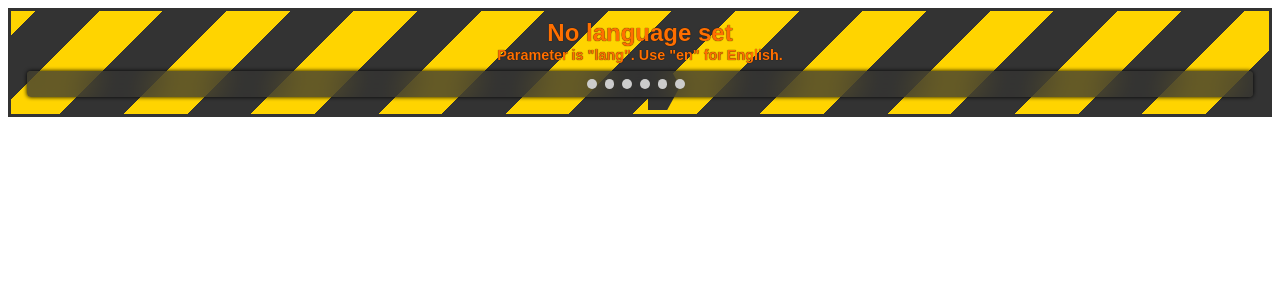
Repository: cirisus/ArknighTimer
Page: timer.html
These files come from the project's save history. The page is drawn as it stood at one moment and after the next save; the edit follows.
The browser window is 1280 px wide. The pictures show the whole page.
Some web fonts or font styles are not loaded; a fallback is used.

Above is the page before, as saved 2024-03-09 14:04:22.

### timer.html
<!DOCTYPE html>
<html>
  <head>
    <meta charset="UTF-8">
    <meta name="description" content="明日方舟同人中文站计时器本体">
    <meta name="keywords" content="arknights,wiki,timer">
    <link rel="stylesheet" href="/ArknighTimer/timer.css">
    <script src="/ArknighTimer/timer.js"></script>
    <title>计时器初始化中……</title>
  </head>

  <body>
    <noscript>This application requires Javascript to function.</noscript>

    <div id="timer">
      <div id="stuff">
      <h2 id="title"></h2>

      <div id="clock">
        <div id="years-div" class="unit">
          <span id="years" class="unit-value"></span>
          <span id="years-label" class="unit-label"></span>
        </div>

        <div id="months-div" class="unit">
          <span id="months" class="unit-value"></span>
          <span id="months-label" class="unit-label"></span>
        </div>

        <div id="days-div" class="unit">
          <span id="days" class="unit-value"></span>
          <span id="days-label" class="unit-label"></span>
        </div>

        <div id="hours-div" class="unit">
          <span id="hours" class="unit-value"></span>
          <span id="hours-label" class="unit-label"></span>
        </div>

        <div id="minutes-div" class="unit">
          <span id="minutes" class="unit-value"></span>
          <span id="minutes-label" class="unit-label"></span>
        </div>

        <div id="seconds-div" class="unit">
          <span id="seconds" class="unit-value"></span>
          <span id="seconds-label" class="unit-label"></span>
        </div>
        </div>
      </div>
    </div>
  </body>
</html>

### timer.css
@import url('https://fonts.googleapis.com/css2?family=Barlow+Condensed:ital,wght@0,100;0,200;0,300;0,400;0,500;0,600;0,700;0,800;0,900;1,100;1,200;1,300;1,400;1,500;1,600;1,700;1,800;1,900&display=swap');
@font-face {
  font-family: Glow Sans SC_Condensed;
  src: url(https://cdn.jsdelivr.net/gh/cirisus/ArknighTimer/GlowSans/GlowSansSC-Condensed-Medium.woff2);
  font-weight: normal;
  font-style: normal;
}
:root {
  --secondary-accent: 255, 212, 0;
  --scale-2: 51,51,51;
}
body {
  font-family: 'Glow Sans SC_Condensed',Arial, sans-serif;
  text-shadow: 0 0 1px black;
}
#timer {
  display: grid;
  grid-auto-columns: 1fr;
  grid-auto-rows: 1fr;
  grid-template-columns: 1fr;
  grid-template-rows: min-content 1fr;
  gap: 1px 1px;
  grid-template-areas:
    "title"
    "countdown";

  padding: 0.5rem;
  border: 3px solid rgb(var(--scale-2));
  background: repeating-linear-gradient(-45deg, rgb(var(--scale-2)), rgb(var(--scale-2)) 45px, rgb(var(--secondary-accent)) 0, rgb(var(--secondary-accent)) 90px);
}
#title {
  grid-area: title;
  text-align: center;
  margin-block-start: 0;
  margin-block-end: 0;
}
h2#title:after {
  content: '';
  height: 47px;
  width: 2rem;
  position: absolute;
  transform: translateX(8px);
  background: #333;
  -webkit-clip-path: polygon(60% 0, 100% 50%, 60% 100%, 0 100%, 0 0);
  clip-path: polygon(60% 0, 100% 50%, 60% 100%, 0 100%, 0 0);
}

#clock {
  display: flex;
  justify-content: center;
  align-items: center;
  grid-area: countdown;
  color: #f3f2ec;
  background-color: rgb(var(--scale-2),.75);
  -webkit-backdrop-filter: blur(1rem);
  backdrop-filter: blur(1rem);
  text-align: center;
  border-radius: 0.25em;
  margin: .5em;
  box-shadow: 0 0 4px black
}

.unit {
  display: inline-flex;
  margin: 0.5em 0;
  justify-content: center;
  align-items: center;
}

.unit-value {
  font-family: "Barlow Condensed", sans-serif;
  font-size: 2em;
  color: #333;
  background-color: #ccc;
  border-radius: 0.25em;
  padding: 0.15em;
}

.unit-label {
  font-size: 1.5em;
  padding: 0 .25rem;
}

/* Basic utility classes */
.hidden {
  display: none;
}

.error {
  color: rgb(255, 111, 0);
}
.error-secondary {
  font-size: 0.6em;
}
.progress {
  color: #f3f2ec;
  background: rgb(var(--scale-2));
  width: fit-content;
  padding: 0 .5rem;
  margin: auto;
}

.finished {
  color: #fff28e;
}

### timer.js
// Constants
var SECONDS_MS = 1000;
var MINUTES_MS = SECONDS_MS * 60;
var HOURS_MS = MINUTES_MS * 60;
var DAYS_MS = HOURS_MS * 24;

var SECONDS_ENUM = 0;
var MINUTES_ENUM = 1;
var HOURS_ENUM = 2;
var DAYS_ENUM = 3;
var MONTHS_ENUM = 4;
var YEARS_ENUM = 5;

// Initialization errors are only in English unfortunately.
function setError(primary, secondary = null) {
  var titleElement = document.getElementById('title');
  titleElement.classList.add('error');
  titleElement.innerText = primary;

  var clockElement = document.getElementById('clock');
  clockElement.classList.add('hidden');

  if (secondary) {
    var messageElement = document.createElement('div');
    messageElement.classList.add('error-secondary');
    messageElement.innerText = secondary;
    titleElement.appendChild(messageElement);
  }
}

// Localization
function getMessage(language, messageKey) {
  var translations = {
    // English
    'en': {
      'timer-description': 'Timer expiring at',
      'timer-progress': 'This timer will expire in',
      'timer-finished': 'This timer has been expired since',
      'years': 'years',
      'months': 'months',
      'days': 'days',
      'hours': 'hours',
      'minutes': 'minutes',
      'seconds': 'seconds',
    },

    // French
    'fr': {
      'timer-description': 'Fin du compte à rebours à',
      'timer-progress': 'Ce compte à rebours se terminera dans',
      'timer-finished': 'Ce compte à rebous est terminé depuis',
      'years': 'ans',
      'months': 'mois',
      'days': 'jours',
      'hours': 'heures',
      'minutes': 'minutes',
      'seconds': 'secondes',
    },

    // Pig Latin
    'pig': {
      'timer-description': 'Imertay expiringyay atyay',
      'timer-progress': 'Isthay imertay illway expireyay inyay',
      'timer-finished': 'Isthay imertay ashay eenbay expiredyay incesay',
      'years': 'earsyay',
      'months': 'onthsmay',
      'days': 'aysday',
      'hours': 'ourshay',
      'minutes': 'inutesmay',
      'seconds': 'econdssay',
    },

    // Spanish
    'es': {
      'timer-description': 'El temporizador finaliza en',
      'timer-progress': 'El temporizador finalizará en',
      'timer-finished': 'El temporizador ha finalizado desde hace',
      'years': 'años',
      'months': 'meses',
      'days': 'días',
      'hours': 'horas',
      'minutes': 'minutos',
      'seconds': 'segundos',
    },

    // Vietnamese
    'vi': {
      'timer-description': 'Đồng hồ kết thúc vào',
      'timer-progress': 'Đồng hồ sẽ kết thúc trong',
      'timer-finished': 'Đồng hồ này đã kết thúc kể từ',
      'years': 'năm',
      'months': 'tháng',
      'days': 'ngày',
      'hours': 'giờ',
      'minutes': 'phút',
      'seconds': 'giây',
    },

    // Simplified Chinese
    'cn': {
      'timer-description': '此计时器将过期于：',
      'timer-progress': '此计时器将过期于：',
      'timer-finished': '此计时器已过期：',
      'years': '年',
      'months': '月',
      'days': '日',
      'hours': '时',
      'minutes': '分',
      'seconds': '秒',
    },
  };

  // Special case:
  // The 'test' language just echoes the message key back out.
  if (language === 'test') {
    return messageKey;
  }

  // Get message based on language
  var messages = translations[language];
  if (!messages) {
    setError('暂无此语言的计时器 ' + language);
    return null;
  }

  var message = messages[messageKey];
  if (!message) {
    setError('无效的参数' + messageKey);
    return null;
  }

  return message;
}

function insertCSS(styling) {
  var head = document.head || document.getElementsByTagName('head')[0];
  var style = document.createElement('style');

  style.type = 'text/css';
  style.appendChild(document.createTextNode(styling));
  head.appendChild(style);
}

function getDaysInFebruary(startYear) {
  return (startYear % 4 === 0 && startYear % 100 !== 0)
    || startYear % 400 === 0 ? 29 : 28;
}

function elapsedData(targetTime) {
  var now = new Date();
  var elapsed = now - targetTime;

  if (elapsed >= 0) {
    // Date is in the past
    return {
      elapsed: elapsed,
      finished: true,
      startTime: targetTime,
      endTime: now,
    };
  } else {
    // Date is in the future
    return {
      elapsed: -elapsed,
      finished: false,
      startTime: now,
      endTime: targetTime,
    };
  }
}

// Based on https://stackoverflow.com/a/49201872
// Calculate differences greater than a day.
function dateDiff(startDate, endDate) {
  // Trim sub-day differences to avoid 0.8 days from rounding up.
  var diff = endDate - startDate;
  diff -= Math.floor(diff % DAYS_MS);
  endDate = new Date(startDate.getTime() + diff);

  // Get month data
  var february = getDaysInFebruary(startDate.getFullYear());
  var daysInMonth = [31, february, 31, 30, 31, 30, 31, 31, 30, 31, 30, 31];

  var yearDiff = endDate.getFullYear() - startDate.getFullYear();
  var monthDiff = endDate.getMonth() - startDate.getMonth();
  if (monthDiff < 0) {
    yearDiff--;
    monthDiff += 12;
  }

  var dayDiff = endDate.getDate() - startDate.getDate();
  if (dayDiff < 0) {
    if (monthDiff > 0) {
      monthDiff--;
    } else {
      yearDiff--;
      monthDiff = 11;
    }

    dayDiff += daysInMonth[startDate.getMonth()];
  }

  return {
    years: yearDiff,
    months: monthDiff,
    days: dayDiff,
  };
}

// Calculate difference in time, in all units
function timeRemaining(targetTime) {
  var data = elapsedData(targetTime);

  // Differences > 1 day
  var dateDiffs = dateDiff(data.startTime, data.endTime);
  var years = dateDiffs.years;
  var months = dateDiffs.months;
  var days = dateDiffs.days;

  // Differences < 1 day
  var elapsed = Math.floor(data.elapsed % DAYS_MS);

  var hours = Math.floor(elapsed / HOURS_MS);
  elapsed = Math.floor(elapsed % HOURS_MS);

  var minutes = Math.floor(elapsed / MINUTES_MS);
  elapsed = Math.floor(elapsed % MINUTES_MS);

  var seconds = Math.floor(elapsed / SECONDS_MS);
  elapsed = Math.floor(elapsed % MINUTES_MS);

  // Get highest unit present
  var highest;
  if (years > 0) {
    highest = YEARS_ENUM;
  } else if (months > 0) {
    highest = MONTHS_ENUM;
  } else if (days > 0) {
    highest = DAYS_ENUM;
  } else if (hours > 0) {
    highest = HOURS_ENUM;
  } else if (minutes > 0) {
    highest = MINUTES_ENUM;
  } else {
    highest = SECONDS_ENUM;
  }

  return {
    years: years,
    months: months,
    days: days,
    hours: hours,
    minutes: minutes,
    seconds: seconds,
    finished: data.finished,
    highest: highest,
  };
}

function setTimerField(language, field, value) {
  var visible = value !== null;

  if (visible) {
    document.getElementById(field).innerText = value;
  }

  setTimerFieldVisibility(field, visible);
}

function setTimerFieldVisibility(field, visible) {
  var element = document.getElementById(field + '-div');

  if (visible) {
    element.classList.remove('hidden');
  } else {
    element.classList.add('hidden');
  }
}

function createTimer(language, targetTime, progressMessage, finishedMessage) {
  progressMessage = progressMessage || getMessage(language, 'timer-progress');
  finishedMessage = finishedMessage || getMessage(language, 'timer-finished');

  // Update routine, to invoke every second
  var timerFields = [
    ['years', YEARS_ENUM, 1],
    ['months', MONTHS_ENUM, 1],
    ['days', DAYS_ENUM, 1],
    ['hours', HOURS_ENUM, 2],
    ['minutes', MINUTES_ENUM, 2],
    ['seconds', SECONDS_ENUM, 2],
  ];

  // Initial application of field labels
  for (var i = 0; i < timerFields.length; i++) {
    var field = timerFields[i][0];
    document.getElementById(field + '-label').innerText = getMessage(language, field);
  }

  function updateTimer() {
    var remaining = timeRemaining(targetTime);

    // Set title message
    var titleElement = document.getElementById('title');

    if (remaining.finished) {
      titleElement.innerText = finishedMessage;
      titleElement.classList = ['finished'];
    } else {
      titleElement.innerText = progressMessage;
      titleElement.classList = ['progress'];
    }

    // Set individual timer fields
    for (var i = 0; i < timerFields.length; i++) {
      var field = timerFields[i][0];
      var fieldEnum = timerFields[i][1];
      var padWidth = timerFields[i][2];

      // If the value is to be shown, then display it.
      // Ensure digits are padded to the appropriate width.
      var value = remaining.highest >= fieldEnum
        ? String(remaining[field]).padStart(padWidth, '0')
        : null;

      setTimerField(language, field, value);
    }
  }

  // Set title.
  // Since this is meant to be used as an iframe, setting it every tick is pointless.
  document.title = getMessage(language, 'timer-description') + ' ' + targetTime;

  // Configure timer to run regularly.
  updateTimer();
  setInterval(updateTimer, 1000);
}

function setup() {
  // Get parameters
  var url = new URL(window.location.href);
  var parameters = new URLSearchParams(url.search);
  var language = parameters.get('lang');
  var timestamp = parameters.get('time');
  var progressMessage = parameters.get('progress');
  var finishedMessage = parameters.get('finished');
  var styling = parameters.get('style'); // allows custom CSS to be injected

  // Check parameters
  if (!language) {
    setError('No language set', 'Parameter is "lang". Use "en" for English.');
    return;
  }

  if (!timestamp) {
    setError('No timestamp set', 'Parameter is "time". You can use a UNIX timestamp or an ISO string.');
    return;
  }

  var targetTime;
  if (/^\d+(\.\d+)?$/.exec(timestamp)) {
    targetTime = new Date(parseFloat(timestamp) * 1000);
  } else {
    targetTime = new Date(timestamp);
    if (isNaN(targetTime)) {
      setError('Invalid timestamp', timestamp);
      return;
    }
  }

  // Insert custom CSS, if any
  if (styling !== null) {
    insertCSS(styling);
  }

  // Initialize clock
  createTimer(language, targetTime, progressMessage, finishedMessage);
}

setTimeout(setup, 5);

After the next save:
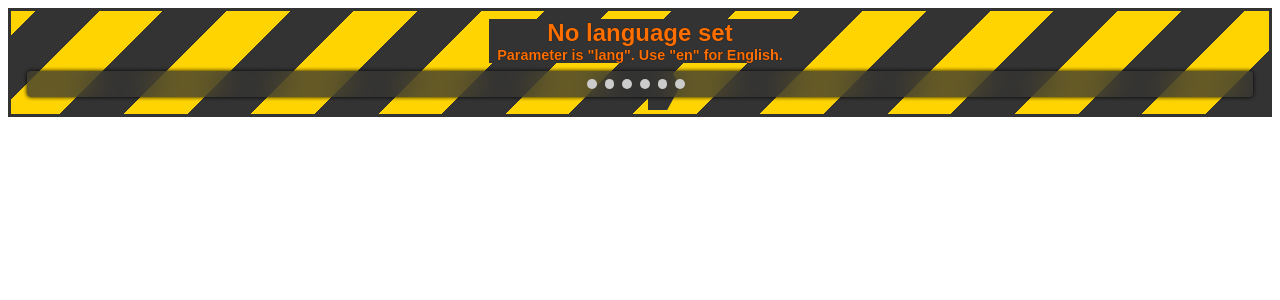
Saved 3 min 54 s later.
--- a/timer.css
+++ b/timer.css
@@ -33,6 +33,10 @@
   text-align: center;
   margin-block-start: 0;
   margin-block-end: 0;
+  background: rgb(var(--scale-2));
+  width: fit-content;
+  padding: 0 .5rem;
+  margin: auto;
 }
 h2#title:after {
   content: '';
@@ -94,10 +98,6 @@
 }
 .progress {
   color: #f3f2ec;
-  background: rgb(var(--scale-2));
-  width: fit-content;
-  padding: 0 .5rem;
-  margin: auto;
 }
 
 .finished {
